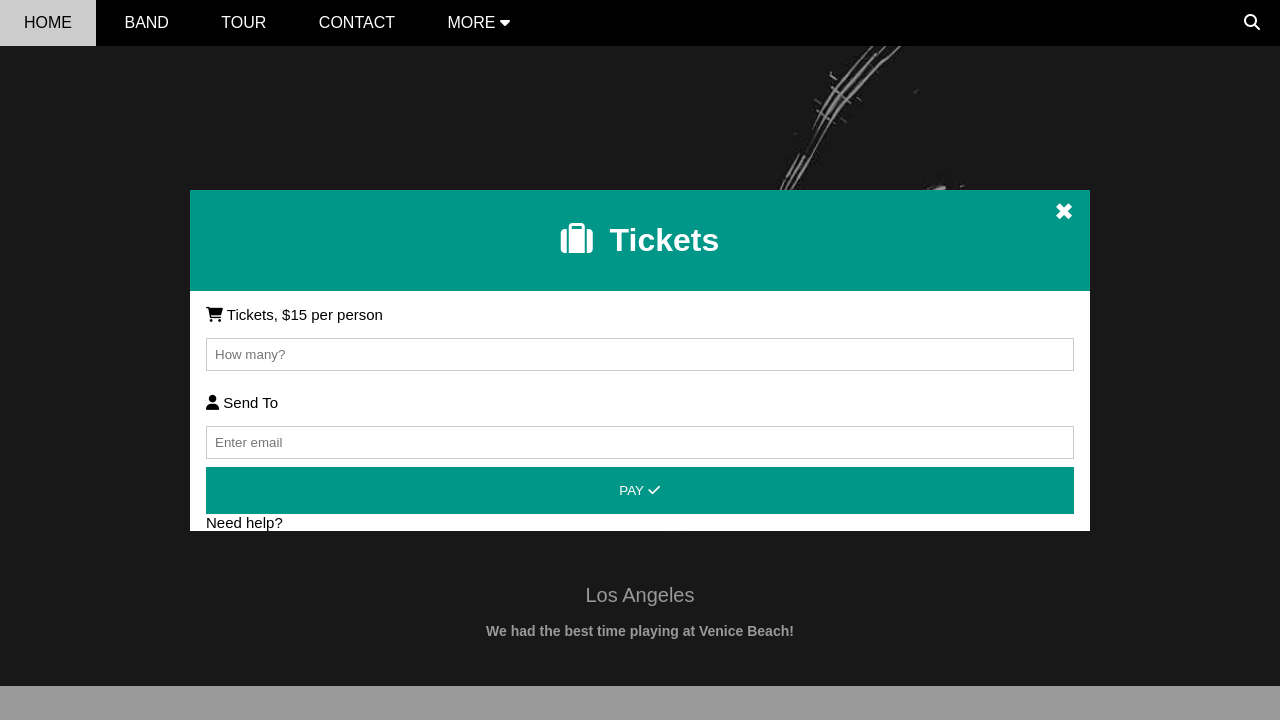
Repository: TranPhucThinh/clone-the-band
Page: index.html
These files come from the project's save history. The page is drawn as it stood at one moment and after the next save; the edit follows.
The browser window is 1280 px wide. The pictures show the window.
A layer covers the whole window, so only the first screen is drawn. Some web libraries are served in a nearby version.

Above is the page before, as saved 2022-08-04 16:20:22.

### index.html
<!DOCTYPE html>
<html lang="en">

<head>
    <meta charset="UTF-8">
    <meta http-equiv="X-UA-Compatible" content="IE=edge">
    <meta name="viewport" content="width=device-width, initial-scale=1.0">

    <title>The Band</title>

    <link rel="stylesheet" href="./assets/style.css">
    <link rel="stylesheet" href="https://cdnjs.cloudflare.com/ajax/libs/font-awesome/6.1.2/css/all.min.css">
</head>

<body>
    <div id="main">

        <div id="header">
            <ul id="nav">
                <li><a href="">Home</a></li>
                <li><a href="">Band</a></li>
                <li><a href="">Tour</a></li>
                <li><a href="">Contact</a></li>
                <li>
                    <a href="">
                        More
                        <i class="fa-solid fa-caret-down"></i>
                    </a>

                    <ul class="subnav">
                        <li><a href="">Merchandise</a></li>
                        <li><a href="">Extras</a></li>
                        <li><a href="">Media</a></li>
                    </ul>
                </li>
            </ul>

            <div class="search-btn">
                <i class="fa-solid fa-magnifying-glass"></i>
            </div>
        </div>

        <div id="slider">
            <div class="text-slider">
                <div class="slider-heading">Los Angeles</div>
                <div class="slider-title">We had the best time playing at Venice Beach!</div>
            </div>
        </div>

        <div id="content">
            <!-- Section About -->
            <div class="section-about">
                <div class="section-content">
                    <p class="title">The band</p>
                    <i class="subtitle">We love music</i>

                    <p class="desc">
                        We have created a fictional band website. Lorem ipsum dolor sit amet, consectetur adipiscing
                        elit,
                        sed
                        do eiusmod tempor incididunt ut labore et dolore magna aliqua. Ut enim ad minim veniam, quis
                        nostrud
                        exercitation ullamco laboris nisi ut aliquip ex ea commodo consequat. Duis aute irure dolor in
                        reprehenderit in voluptate velit esse cillum dolore eu fugiat nulla pariatur. Excepteur sint
                        occaecat
                        cupidatat non proident, sunt in culpa qui officia deserunt mollit anim id est laborum
                        consectetur
                        adipiscing elit, sed do eiusmod tempor incididunt ut labore et dolore magna aliqua. Ut enim ad
                        minim
                        veniam, quis nostrud exercitation ullamco laboris nisi ut aliquip ex ea commodo consequat.
                    </p>
                    <div class="member">
                        <div class="member-1">
                            <p>Name</p>
                            <img src="./assets/imgs/bandmember.jpg" alt="">
                        </div>
                        <div class="member-2">
                            <p>Name</p>
                            <img src="./assets/imgs/bandmember.jpg" alt="">
                        </div>
                        <div class="member-3">
                            <p>Name</p>
                            <img src="./assets/imgs/bandmember.jpg" alt="">
                        </div>
                    </div>
                </div>
            </div>
            <!-- End of Section About -->

            <!-- Section Tour Dates -->
            <div class="tour-date">
                <div class="section-content">
                    <p class="title">Tour dates</p>
                    <i class="subtitle">Remember to book your tickets!</i>

                    <ul class="ticket-state">
                        <li>September<span class="sold-out">Sold out</span></li>
                        <li>October<span class="sold-out">Sold out</span></li>
                        <li>November<span class="quantity">3</span></li>
                    </ul>

                    <div class="places-list">
                        <div class="place-item">
                            <img src="./assets/imgs/newyork.jpg" alt="" class="place-img">
                            <div class="place-content">
                                <p class="place">New York</p>
                                <p class="time">Fri 27 Nov 2016</p>
                                <p class="place-desc">Praesent tincidunt sed tellus ut rutrum sed vitae justo.</p>
                                <button class="buy-ticket-btn">Buy Tickets</button>
                            </div>
                        </div>
                        <div class="place-item">
                            <img src="./assets/imgs/paris.jpg" alt="" class="place-img">
                            <div class="place-content">

                                <p class="place">Paris</p>
                                <p class="time">Sat 28 Nov 2016</p>
                                <p class="place-desc">Praesent tincidunt sed tellus ut rutrum sed vitae justo.</p>
                                <button class="buy-ticket-btn">Buy Tickets</button>
                            </div>
                        </div>
                        <div class="place-item">
                            <img src="./assets/imgs/sanfran.jpg" alt="" class="place-img">
                            <div class="place-content">
                                <p class="place">San Francisco</p>
                                <p class="time">Sun 29 Nov 2016</p>
                                <p class="place-desc">Praesent tincidunt sed tellus ut rutrum sed vitae justo.</p>
                                <button class="buy-ticket-btn">Buy Tickets</button>
                            </div>
                        </div>
                    </div>
                </div>
            </div>
            <!-- End of Section Tour Dates -->

            <!-- Section Contact -->
            <div class="section-contact">
                <div class="section-content">
                    <p class="title">Contact</p>
                    <i class="subtitle">Fan? Drop a note!</i>

                    <div class="contact-content">
                        <div class="contact-by">
                            <div class="address"><i class="fa-solid fa-location-dot icon-contact"></i>Chicago, US</div>
                            <div class="phone"><i class="fa-solid fa-phone icon-contact"></i>Phone: +00 151515</div>
                            <div class="email"><i class="fa-solid fa-envelope icon-contact"></i>Email: mail@mail.com
                            </div>
                        </div>

                        <div class="send-msg">
                            <form action="">
                                <div class="info-user">
                                    <input type="text" required class="input field-name" placeholder="Name">
                                    <input type="text" required class="input field-email" placeholder="Email">
                                </div>
                                <input type="text" required class="input field-msg" placeholder="Message">
                                <button class="send-btn">SEND</button>
                            </form>
                        </div>
                    </div>
                </div>
            </div>
            <!-- End of Section Contact -->

            <!-- Section Map -->
            <div class="section-map">
                <img src="./assets/imgs/map.jpg" alt="">
            </div>
            <!-- End of Section Map -->
        </div>

        <div id="footer">
            <div class="social-icon">
                <i class="fa-brands fa-square-facebook"></i>
                <i class="fa-brands fa-square-instagram"></i>
                <i class="fa-brands fa-square-snapchat"></i>
                <i class="fa-brands fa-square-pinterest"></i>
                <i class="fa-brands fa-square-twitter"></i>
                <i class="fa-brands fa-linkedin"></i>
            </div>
            <p>Power by <a>w3.css</a></p>
        </div>

        <!-- Buy tickets modal section -->
        <div class="modal">
            <div class="modal-container">
                <div class="header-modal">
                    <h1><i class="fa-solid fa-suitcase"></i> Tickets</h1>
                    <div class="close-btn">✖</div>
                </div>

                <div class="body-modal">
                    <div class="quantity-ticket">
                        <label for="quantity-ticket">
                            <i class="fa-solid fa-cart-shopping"></i>
                            Tickets, $15 per person
                        </label>
                        <input type="text" placeholder="How many?" id="quantity-ticket">
                    </div>
                    <div class="send-to">
                        <label for="enter-email">
                            <i class="fa-solid fa-user"></i>
                            Send To
                        </label>
                        <input type="text" placeholder="Enter email" id="enter-email">
                    </div>

                    <button class="pay-btn">PAY <i class="fa-solid fa-check"></i></button>
                    <p>Need <a>help?</a></p>
                </div>
            </div>
        </div>
        <!-- End of Buy tickets modal section -->
    </div>

</body>

</html>

### assets/style.css
* {
  padding: 0;
  margin: 0;
  box-sizing: border-box;
}

html {
  font-family: Arial, Helvetica, sans-serif;
}

/* ----------------- Header Section ----------------- */
#header {
  height: 46px;
  background-color: #000;
  position: fixed;
  top: 0;
  right: 0;
  left: 0;
  z-index: 1;
}

#nav {
  display: inline-block;
}

#nav > li {
  display: inline-block;
}

#nav li {
  position: relative;
}

#nav > li > a {
  color: #fff;
  text-transform: uppercase;
}

#nav li a {
  line-height: 46px;
  padding: 0 24px;
  display: inline-block;
  text-decoration: none;
}

#nav > li:hover > a,
.subnav li:hover a {
  color: #000;
  background-color: #ccc;
}

#nav .subnav {
  display: none;
  position: absolute;
  background-color: #fff;
  box-shadow: 0 4px 10px 0 rgb(0 0 0 / 20%), 0 4px 20px 0 rgb(0 0 0 / 19%);
}

#nav li:last-child:hover .subnav {
  display: block;
}

#nav li:last-child:hover .fa-caret-down {
  color: #000;
}

#nav .subnav li {
  list-style-type: none;
}

#nav .subnav a {
  color: #000;
  display: block;
  line-height: 40px;
  padding: 0 32px;
}

#header .fa-solid {
  color: #fff;
}

.search-btn {
  float: right;
  line-height: 46px;
  padding: 0 20px;
}

.search-btn:hover {
  background-color: red;
  cursor: pointer;
}
/* ---------- End of Header Section ------------ */

/* -------------- Slider Section -------------- */
#slider {
  background-color: #fff;
  margin-top: 46px;
  padding-top: 50%;
  background: url('/assets/imgs/la.jpg') top center / cover no-repeat;
  position: relative;
}

#slider .text-slider {
  color: #fff;
  text-align: center;
  position: absolute;
  bottom: 47px;
  left: 50%;
  transform: translate(-50%);
}

#slider .slider-heading {
  font-size: 20px;
  margin-bottom: 16px;
}

#slider .slider-title {
  font-size: 14px;
  font-weight: 700;
}
/* ------------- End of Slider Section ------------- */

/* ------------- Content Section ----------------- */
/* About Section */
.section-content {
  max-width: 800px;
  margin: 0 auto;
  text-align: center;
  padding: 64px 0;
}

.section-content .title {
  font-size: 30px;
  text-transform: uppercase;
  letter-spacing: 4px;
  margin-bottom: 25px;
}

.section-content .subtitle {
  opacity: 0.6;
  font-size: 15px;
  margin-bottom: 15px;
  display: inline-block;
}

#content .desc {
  text-align: justify;
  font-size: 15px;
  line-height: 1.4;
  margin-bottom: 47px;
}

#content .member {
  display: flex;
  justify-content: space-around;
  margin-bottom: 32px;
}

.member p {
  margin-bottom: 15px;
}

.member img {
  width: 60%;
  border-radius: 8px;
}
/* End of About Section */

/* Tour date Section */
.tour-date {
  background-color: #000;
  color: #fff;
}

.ticket-state {
  text-align: start;
  list-style-type: none;
  margin-top: 25px;
}

.ticket-state li {
  padding: 8px 20px;
  background-color: #fff;
  color: #757575;
  border-bottom: 1px solid #ddd;
}

.ticket-state .sold-out {
  background-color: #f44336;
  color: #fff;
  padding: 4px 8px;
  margin-left: 12px;
}

.ticket-state .quantity {
  float: right;
  color: #fff;
  background-color: #000;
  width: 24px;
  height: 24px;
  text-align: center;
  line-height: 24px;
  border-radius: 50%;
  margin-top: -3px;
}

.places-list {
  padding: 32px 0;
  display: flex;
  margin: 0 -8px;
}

.place-item {
  width: 33.33%;
  padding: 0 8px;
}

.place-item img {
  width: 100%;
  display: block;
}

.place-content {
  background-color: #fff;
  color: #000;
  text-align: start;
  padding: 16px;
}

.place-content .place {
  margin-bottom: 16px;
  font-weight: 700;
}

.place-content .time {
  opacity: 0.6;
  font-size: 14px;
  margin-bottom: 16px;
}

.place-content .place-desc {
  margin-bottom: 16px;
}

.place-content .buy-ticket-btn {
  border: none;
  color: #fff;
  background-color: #000;
  padding: 12px 16px;
}

.place-content .buy-ticket-btn:hover {
  color: #000;
  background-color: #ccc;
  cursor: pointer;
}
/* End of Tour date Section */

/* Contact Section */
.contact-content {
  display: flex;
  justify-content: space-between;
  padding: 32px 0;
}

.contact-by {
  text-align: start;
}

.contact-by .icon-contact {
  width: 30px;
  margin-bottom: 8px;
}

.field-name {
  margin-right: 8px;
}

.field-msg {
  width: 100%;
  margin-top: 8px;
}

.input {
  padding: 8px;
}

.send-btn {
  border: none;
  background-color: #000;
  color: #fff;
  padding: 8px 16px;
  margin-top: 20px;
  float: right;
}

.send-btn:hover {
  color: #000;
  background-color: #ccc;
  cursor: pointer;
}
/* End of Contact Section */

/* Map Section */
.section-map img {
  width: 100%;
}
/* End of Map Section */
/* ------------- End of Content Section ------------- */

/* ----------------- Footer Section ----------------- */
#footer {
  padding: 64px;
}

.social-icon {
  font-size: 24px;
  opacity: 0.6;
  text-align: center;
}

.social-icon i {
  margin: 0 4px;
}

.social-icon i:hover {
  opacity: 0.4;
  cursor: pointer;
}

#footer p {
  margin: 15px;
  font-size: 15px;
  opacity: 0.6;
  text-align: center;
}

#footer a {
  text-decoration: underline;
  cursor: pointer;
}
/* -------------- End of Footer Section ----------------- */

/* -------------- Modal Section ----------------- */
.modal {
  position: fixed;
  right: 0;
  left: 0;
  top: 0;
  bottom: 0;
  background: rgba(0, 0, 0, 0.4);
  display: flex;
  align-items: center;
}

.modal-container {
  width: 900px;
  margin: 0 auto;
}

.header-modal {
  padding: 32px;
  background-color: #009688;
  text-align: center;
  color: #fff;
  position: relative;
}

.header-modal i {
  margin-right: 8px;
}

.close-btn {
  font-size: 24px;
  position: absolute;
  top: 0;
  right: 0;
  padding: 8px 16px;
}

.close-btn:hover {
  background-color: #ccc;
  color: #000;
  cursor: pointer;
}

.body-modal {
  background-color: #fff;
  padding: 0 16px;
  font-size: 15px;
}

.body-modal label {
  display: block;
  padding: 15px 0;
}

.body-modal input {
  width: 100%;
  padding: 8px;
  border: 1px solid #ccc;
  margin-bottom: 8px;
}

.pay-btn {
  border: none;
  width: 100%;
  background-color: #009688;
  color: #fff;
  padding: 16px;
}

After the next save:
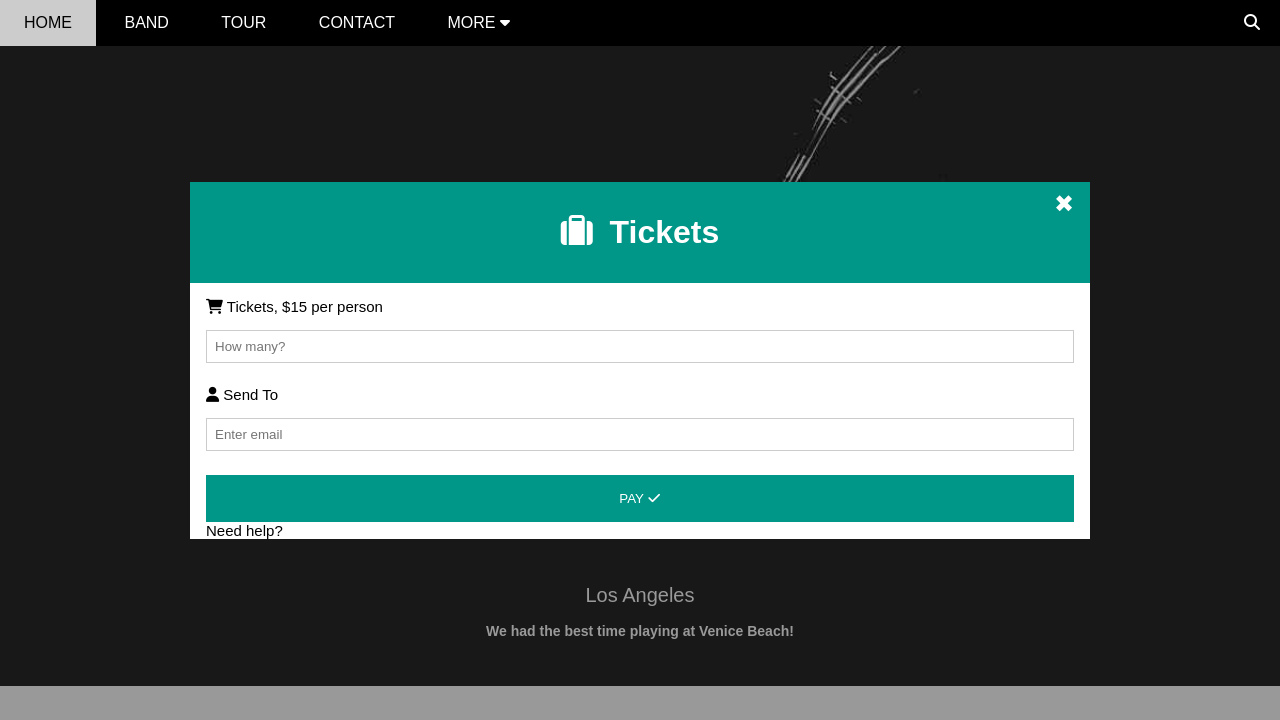
Saved 2 min 5 s later.
--- a/assets/style.css
+++ b/assets/style.css
@@ -408,4 +408,5 @@ html {
   background-color: #009688;
   color: #fff;
   padding: 16px;
-}
+  margin-top: 16px;
+}
